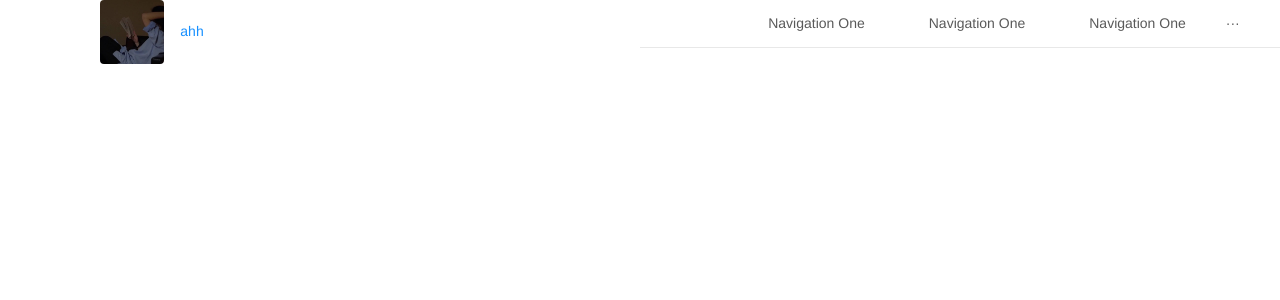
Repository: GitDjAr/blog
Page: / (app in myblog/)
These files come from the project's save history. The page is drawn as it stood at one moment and after the next save; the edit follows.
The browser window is 1280 px wide. The pictures show the whole page.
The project was rebuilt for these pictures with package versions that can differ from the ones it lists, and the page was loaded fresh each time. Also part of the build but not shown: myblog/webpack.config.js.

Above is the page before, as saved 2020-12-10 18:57:03.

### myblog/src/main.js
import Vue from 'vue'
import App from './App.vue'
import router from './router/index'
import store from './store/index'
import 'ant-design-vue/dist/antd.css'; // or 'ant-design-vue/dist/antd.less'


import Antd from 'ant-design-vue';
Vue.use(Antd);
new Vue({
  el: '#app',
  router,
  store,
  render: h => h(App)
})

### myblog/src/App.vue
<template>
  <div id="app">
    <headers></headers>
    <div class="conten">
      <router-view/>
    </div>
  </div>
</template>

<script>
import headers from 'v/header/header'
export default {
  components:{
    headers,
  },
  name: 'app',
  data () {
    return {
    }
  }
}
</script>

<style lang="scss">
#app {
  font-family: 'Avenir', Helvetica, Arial, sans-serif;
  -webkit-font-smoothing: antialiased;
  -moz-osx-font-smoothing: grayscale;
  text-align: center;
  color: #2c3e50;
  .conten{
    width: 1100px;
    margin: auto;
  }
}

</style>

### myblog/src/router/index.js
import Vue from 'vue'
import Router from 'vue-router'
Vue.use(Router)
// 暴露router
export default new Router({
  mode:'history',
  routes:[
    {
      path:'/',
      redirect:'/index',
    },

    {
      path:'/index',
      meat:{title:'hello,欢迎来到我博客'},
      name:'index',
    }
  ]
})

### myblog/src/views/header/header.vue
<!--  -->
<template>
<div class="header-x">
  <a-row>
    <a-col :span="6">
      <a-avatar shape="square" :src='userimg' :size="64" icon="user" />
      <a-button type="link">
      {{name}}
      </a-button>
    </a-col>
    <a-col :span="12" :offset='6'>
      <a-menu v-model="current" mode="horizontal">
        <a-menu-item key="blog"> <a-icon type="mail" /></a-menu-item>
        <a-menu-item key="mail"> <a-icon type="mail" />Navigation One </a-menu-item>
        <a-menu-item key="mail"> <a-icon type="mail" />Navigation One </a-menu-item>
        <a-menu-item key="mail"> <a-icon type="mail" />Navigation One </a-menu-item>
        <a-sub-menu>
          <span slot="title" class="submenu-title-wrapper"
            ><a-icon type="setting" />Navigation Three - Submenu</span
          >
          <a-menu-item-group title="Item 1">
            <a-menu-item key="setting:1">
              Option 1
            </a-menu-item>
            <a-menu-item key="setting:2">
              Option 2
            </a-menu-item>
          </a-menu-item-group>
          <a-menu-item-group title="Item 2">
            <a-menu-item key="setting:3">
              Option 3
            </a-menu-item>
            <a-menu-item key="setting:4">
              Option 4
            </a-menu-item>
          </a-menu-item-group>
        </a-sub-menu>
        <a-menu-item key="alipay">
          <a href="https://antdv.com" target="_blank" rel="noopener noreferrer"
            >Navigation Four - Link</a
          >
        </a-menu-item>
      </a-menu>
    </a-col>
  </a-row>
</div>
</template>

<script>
import userimg from '@/assets/image/1.jpg'
export default {

  components: {

},
  data () {
    return {
      userimg:userimg,
      name:'ahh'
    };
  },

  filters: {

},

  watch: {

},

  computed: {

},

  methods: {

},

  mounted(){

},
}

</script>
<style scoped lang='scss'>
.header-x{
  position: fixed;
  height: 60px;
  width: 100%;
}
</style>

Loaded but not shown: myblog/src/store/index.js (no copy from this time; the picture is the same without it)

After the next save:
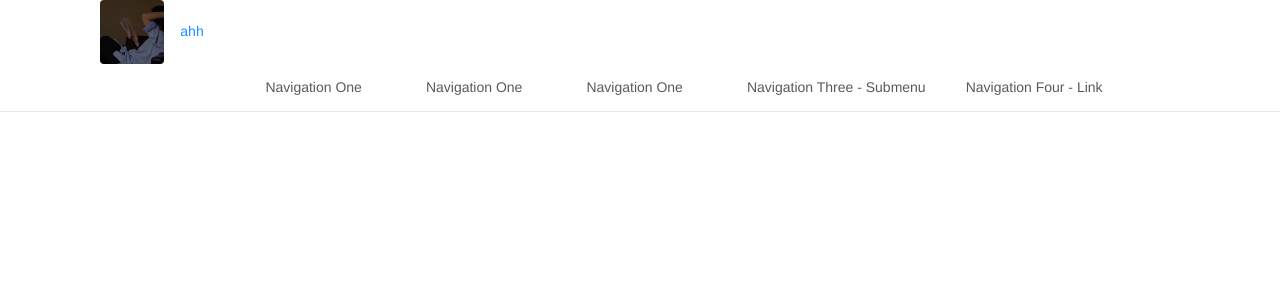
Saved 3 min 12 s later.
--- a/myblog/src/views/header/header.vue
+++ b/myblog/src/views/header/header.vue
@@ -2,13 +2,13 @@
 <template>
 <div class="header-x">
   <a-row>
-    <a-col :span="6">
+    <a-col :span="6" md='0'>
       <a-avatar shape="square" :src='userimg' :size="64" icon="user" />
       <a-button type="link">
       {{name}}
       </a-button>
     </a-col>
-    <a-col :span="12" :offset='6'>
+    <a-col :span="12" :offset='6' :md='{offset:0,span:24}' >
       <a-menu v-model="current" mode="horizontal">
         <a-menu-item key="blog"> <a-icon type="mail" /></a-menu-item>
         <a-menu-item key="mail"> <a-icon type="mail" />Navigation One </a-menu-item>
